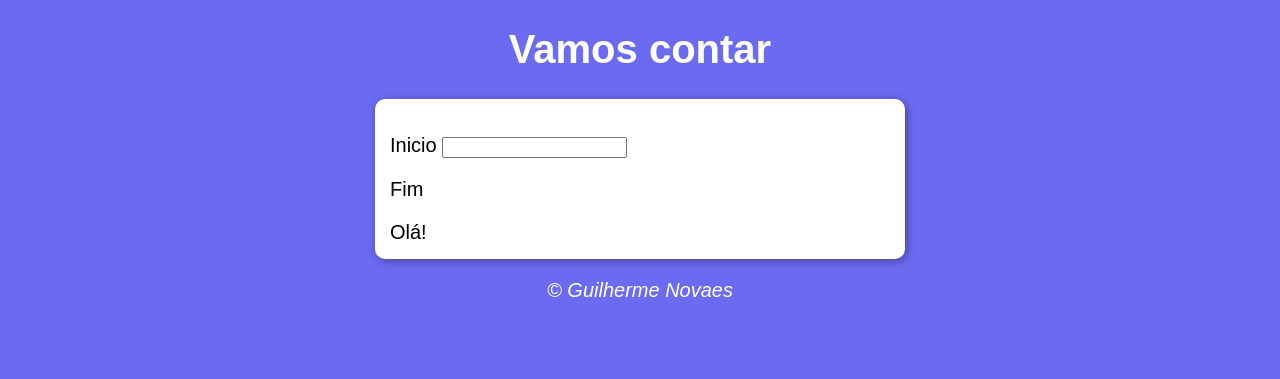
Repository: Guilherme-RNovaes/JavaScript-Curso
Page: Aula 14ex/ex016/index.html
These files come from the project's save history. The page is drawn as it stood at one moment and after the next save; the edit follows.
The browser window is 1280 px wide. The pictures show the whole page.

Above is the page before, as saved 2022-09-07 10:20:39.

### Aula 14ex/ex016/index.html
<!DOCTYPE html>
<html lang="pt-br">
<head>
    <meta charset="UTF-8">
    <meta http-equiv="X-UA-Compatible" content="IE=edge">
    <meta name="viewport" content="width=device-width, initial-scale=1.0">
    <title>Modelo de Exercício</title>
    <link rel="stylesheet" href="src/Style/style.css">
</head>
<body>
    <header>
        <h1>Vamos contar</h1>
    </header>
    <section>
        <div>
            <p>Inicio <input type="number" name="firstn" id="firstn"></p>
            <p>Fim</p>
            <p></p>
        </div>
        <div>
            Olá!
        </div>
    </section>
    <footer>
        <p>&copy; Guilherme Novaes</p>
    </footer>
    <script src="script.js"></script>
</body>
</html>

### Aula 14ex/ex016/src/Style/style.css
body{
    background-color: rgb(107, 107, 241);
    font: normal 15pt Arial;
}
header {
    color: white;
    text-align: center;
}

section{
    background-color: white;
    border-radius: 10px;
    padding: 15px;
    width: 500px;
    margin: auto;
    box-shadow: 2px 2px 10px rgba(0, 0, 0, 0.36);
}

footer{
    color: white;
    text-align: center;
    font-style: italic;
}

div img{
    width: 250px;
    height: 250px;
    border-radius: 100%;
}

Loaded but not shown: Aula 14ex/ex016/script.js (no copy from this time; the picture is the same without it)

After the next save:
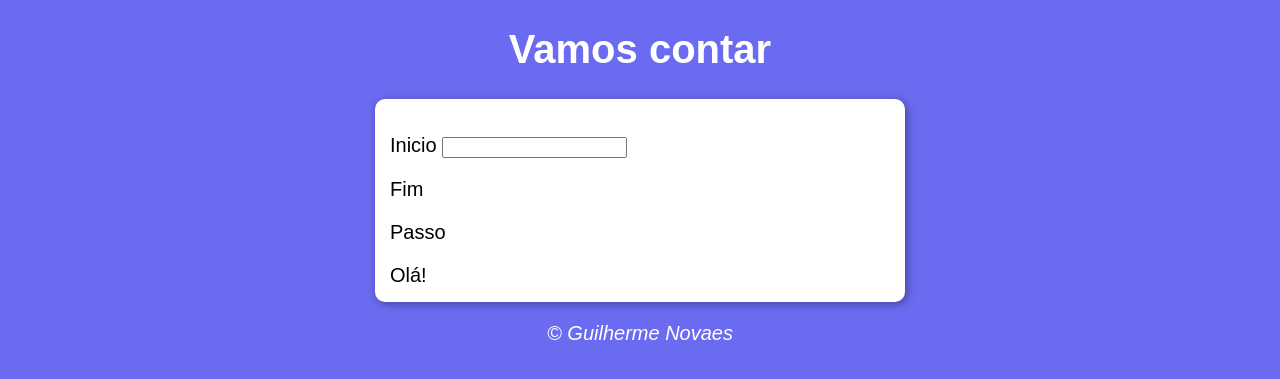
Saved 5 s later.
--- a/Aula 14ex/ex016/index.html
+++ b/Aula 14ex/ex016/index.html
@@ -15,7 +15,7 @@
         <div>
             <p>Inicio <input type="number" name="firstn" id="firstn"></p>
             <p>Fim</p>
-            <p></p>
+            <p>Passo</p>
         </div>
         <div>
             Olá!
